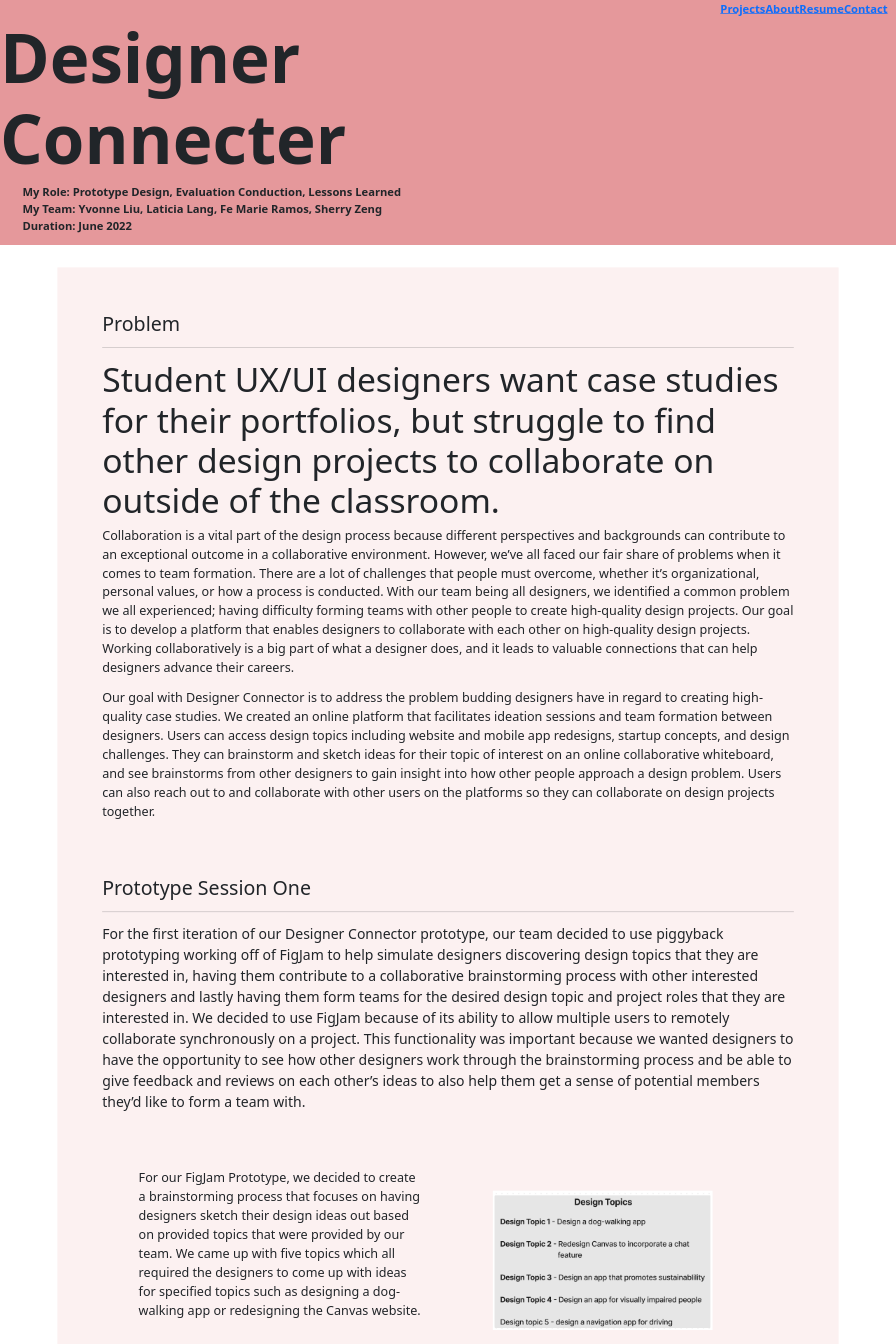
Repository: thais-chen/Portfolio
Page: designer.html
These files come from the project's save history. The page is drawn as it stood at one moment and after a run of saves; the edit follows.
The browser window is 1280 px wide. The pictures show the part of the page from y = 0 to 1920 px (the page is 11033 px tall before and 11225 px after), at 70% of full size.
A picture or video elsewhere on the page could not be fetched, so the positions and the page height are approximate.

Above is the page before, as saved 2022-06-21 03:08:02.

After the next 2 saves:
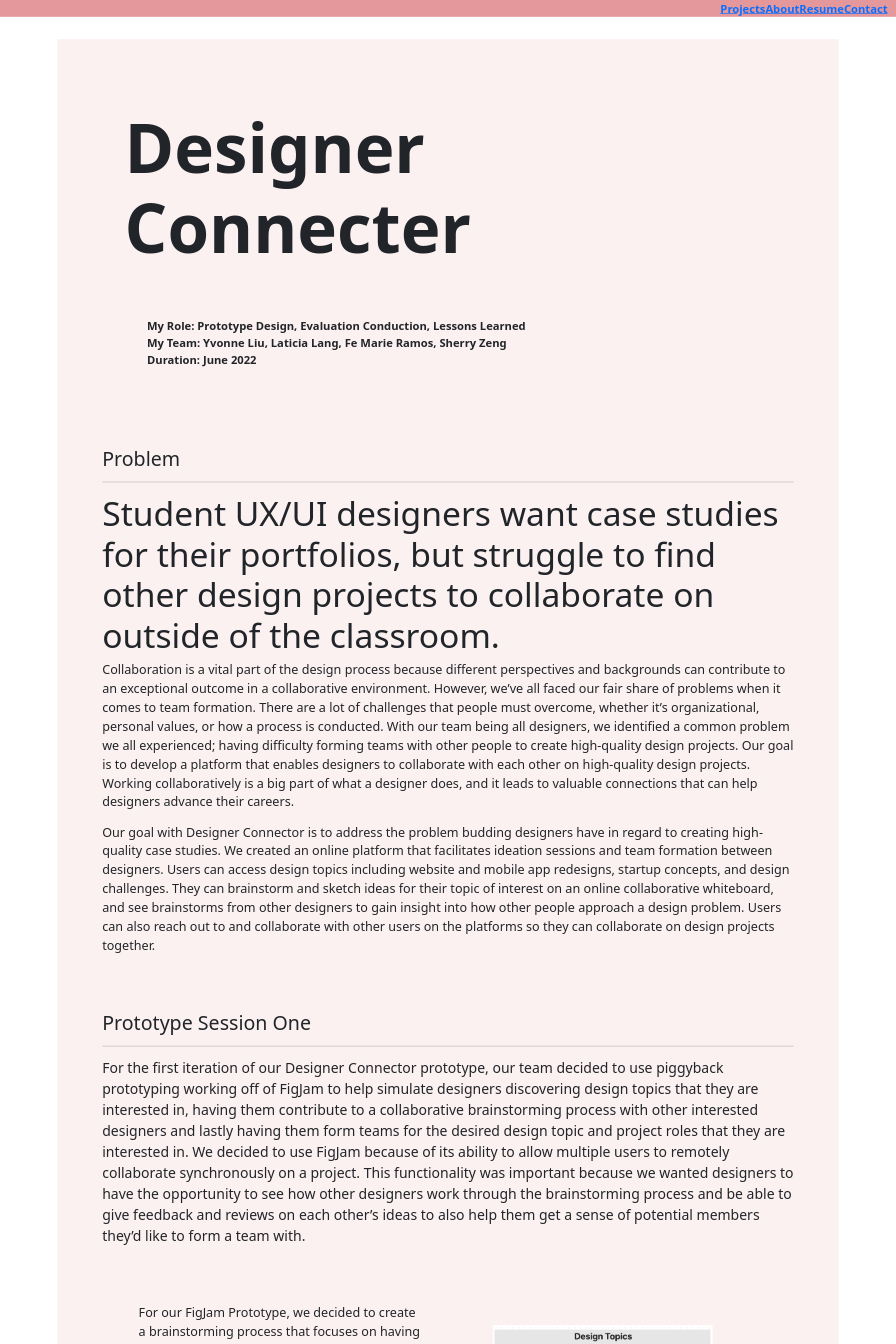
The 2 saves are shown as one change because they came seconds apart.
The last was saved 8 s later.
--- a/designer.html
+++ b/designer.html
@@ -31,28 +31,28 @@
 
 
 
-        <div>
-
-            <div class="col">
-                <h1> Designer <br> Connecter</h1>
-
-            </div>
-            <div class=" modal-dialog modal-dialog-centered">
-                    <ul>
-                        <li>My Role: Prototype Design, Evaluation Conduction, Lessons Learned </li>
-                        <li>My Team: Yvonne Liu, Laticia Lang, Fe Marie Ramos, Sherry Zeng</li>
-                        <li>Duration: June 2022 </li>
-                    </ul>
-
-
-            </div>
-        </div>
+
        </header>
        <main class="container">
 
 
         <div class="process">
-
+            <div>
+
+                <div class="col">
+                    <h1> Designer <br> Connecter</h1>
+
+                </div>
+                <div class=" modal-dialog modal-dialog-centered">
+                        <ul>
+                            <li>My Role: Prototype Design, Evaluation Conduction, Lessons Learned </li>
+                            <li>My Team: Yvonne Liu, Laticia Lang, Fe Marie Ramos, Sherry Zeng</li>
+                            <li>Duration: June 2022 </li>
+                        </ul>
+
+
+                </div>
+            </div>
         <div class="setting-prob   ">
             <h3> Problem</h3>
             <hr>
